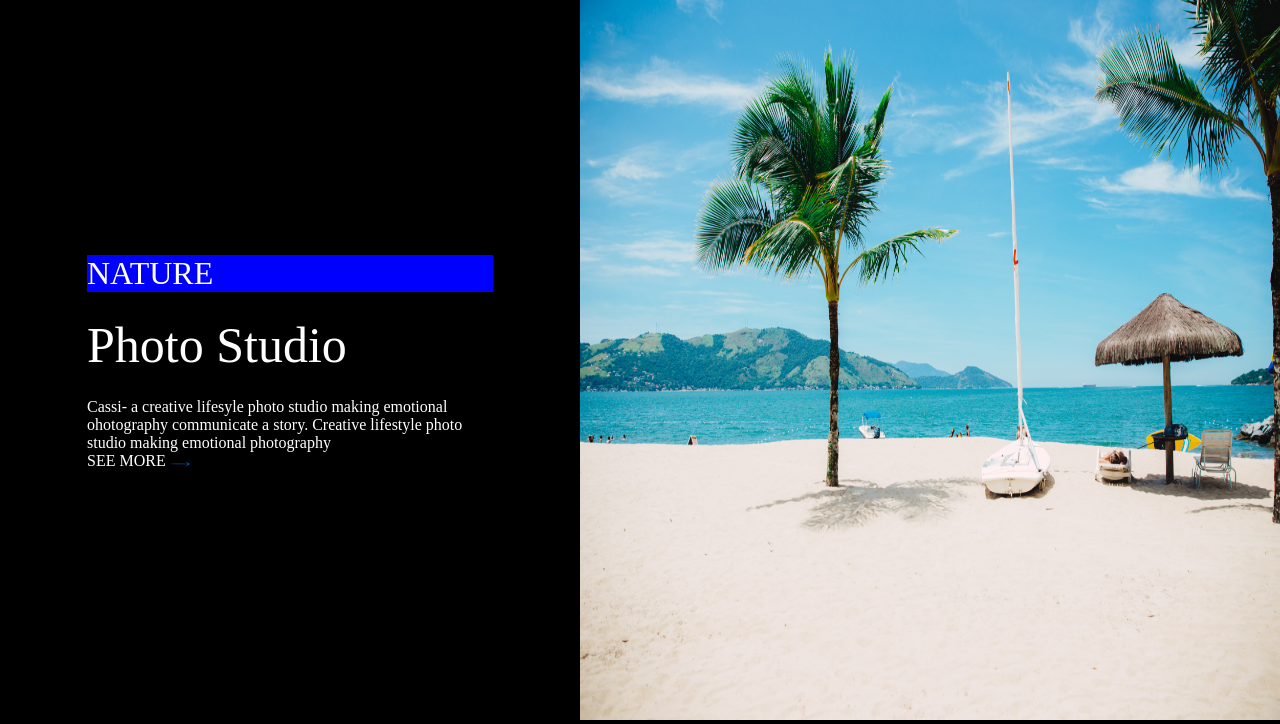
Repository: BRAspeaks/petty-project1
Page: pettyproject1.html
An editor plug-in stored every save of this project. The page is shown before and after a run of saves, followed by the edit.
The browser window is 1280 px wide. The pictures show the whole page.

Above is the page before, as saved 2022-07-25 15:25:29.

### pettyproject1.html
<!DOCTYPE html>
<html lang="en">
    <head>
        <meta charset="UTF-8">
        <meta http-equiv="X-UA-Compatible" content="IE=edge">
        <meta name="viewport" content="width=device-width, initial-scale=1.0">
        <title> Photo Studio</title>
        <link rel="stylesheet" href="pettyproject1.css">
    </head>
    <body>
        <div class="main">
            <p class="Nature"> NATURE</p>
            <p class="photo">Photo Studio</p>
            <p class="bodice">
                Cassi- a creative lifesyle photo studio making emotional ohotography communicate a story. Creative lifestyle photo studio making emotional photography
            </p>
            <p class="more">
                SEE MORE
                <span>
                    <img src="bluearrow.png" class="arrow">
                </span>
            </p>
        </div>
        <div class="image">
            <img src="beach.jpg" class="beach" >
        </div>
    </body>
</html>

### pettyproject1.css
* {
    margin: 0;
    padding: 0;
    box-sizing: border-box;
}
body{
    background-color: black;
    color: white;
    display: grid;
    grid-template-columns: 1fr 1fr;
    align-items: center;
    justify-content: space-between;
}
.main{
    margin: auto;
    text-align: left;
    width: 70%;
    display: flex;
    flex-direction: column;
    flex: 1;
}
.Nature{
    background-color: blue;
    font-size: 2rem;
    margin-bottom: 1.5rem;
}
.photo{
    font-size: 50px;
    /* margin: 5px; */
    margin-bottom: 1.5rem;
}
.arrow{
    width:20px;
}
.more, .arrow {
    display: inline-block
}
.main, .image{
    /* display:inline-block; */
}
.image{
    /* text-align: right;    */
    width: 100%;
    align-self: center;
}
.beach{
    width: 700px;
    height: 100vh;
    /* margin-bottom: -500px; */
}

After the next 2 saves:
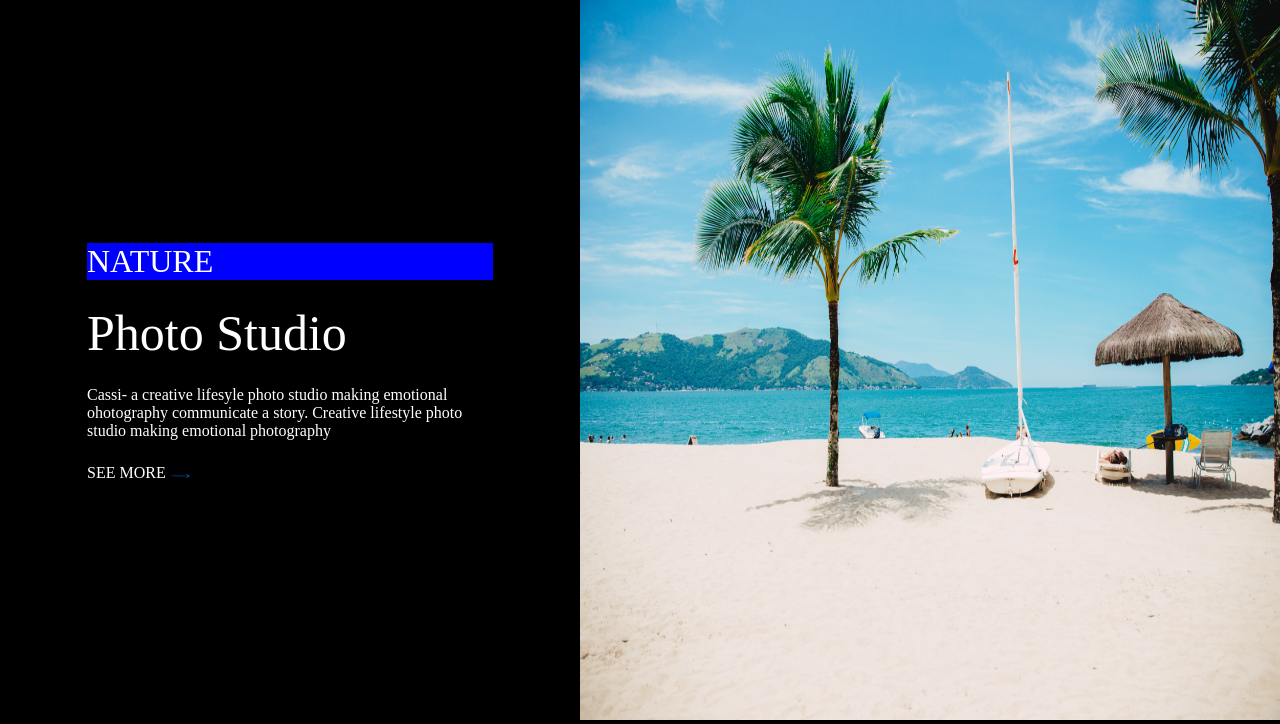
The 2 saves are shown as one change because they came seconds apart.
The last was saved 14 s later.
--- a/pettyproject1.css
+++ b/pettyproject1.css
@@ -29,6 +29,9 @@ body{
     /* margin: 5px; */
     margin-bottom: 1.5rem;
 }
+.bodice{
+    margin-bottom: 1.5rem;
+}
 .arrow{
     width:20px;
 }
